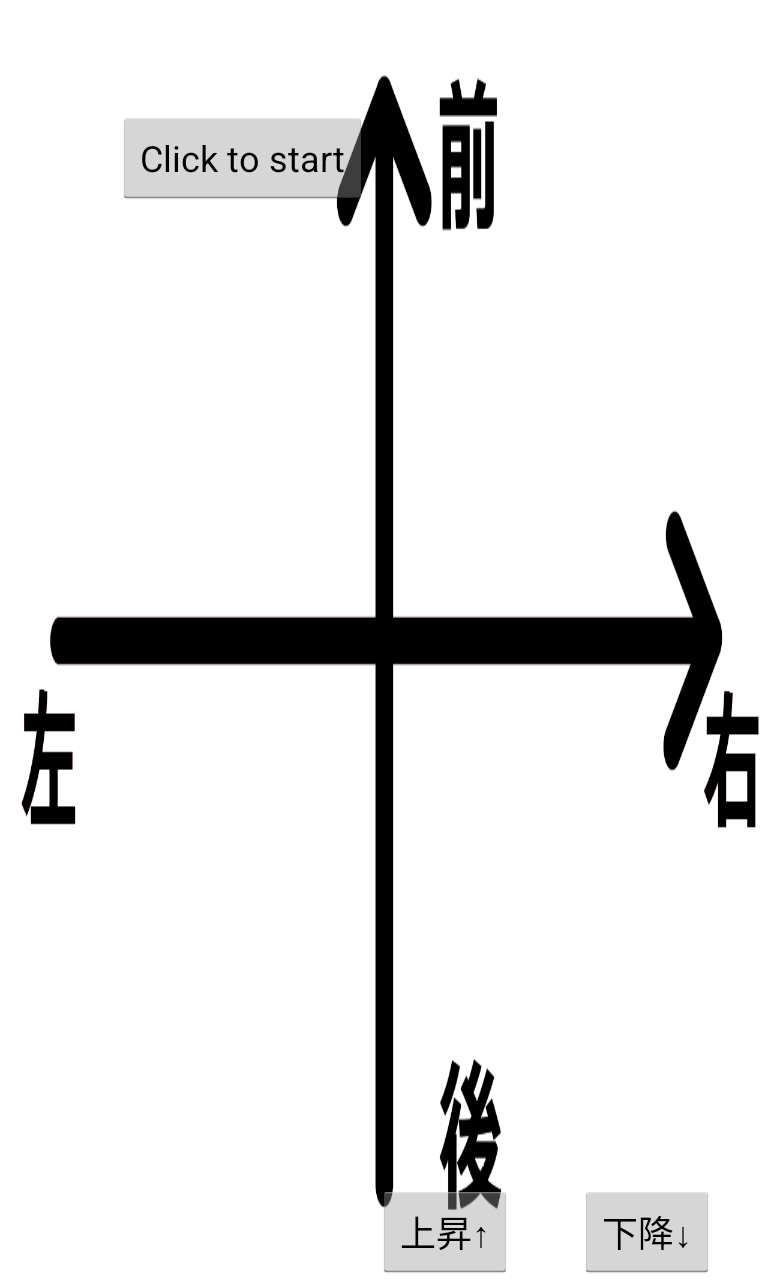
Repository: uinchester/sotuken
Layout: workspace/getCoordinate/res/layout/activity_main.xml
These files come from the project's save history. The layout is drawn as it stood at one moment and after the next save; the edit follows.
It is drawn on a 768 x 1280 px phone screen (xhdpi) without system bars, with theme AppTheme; the app's code is not run.

Above is the layout before, as saved 2013-10-01 09:17:05.

After the next save:
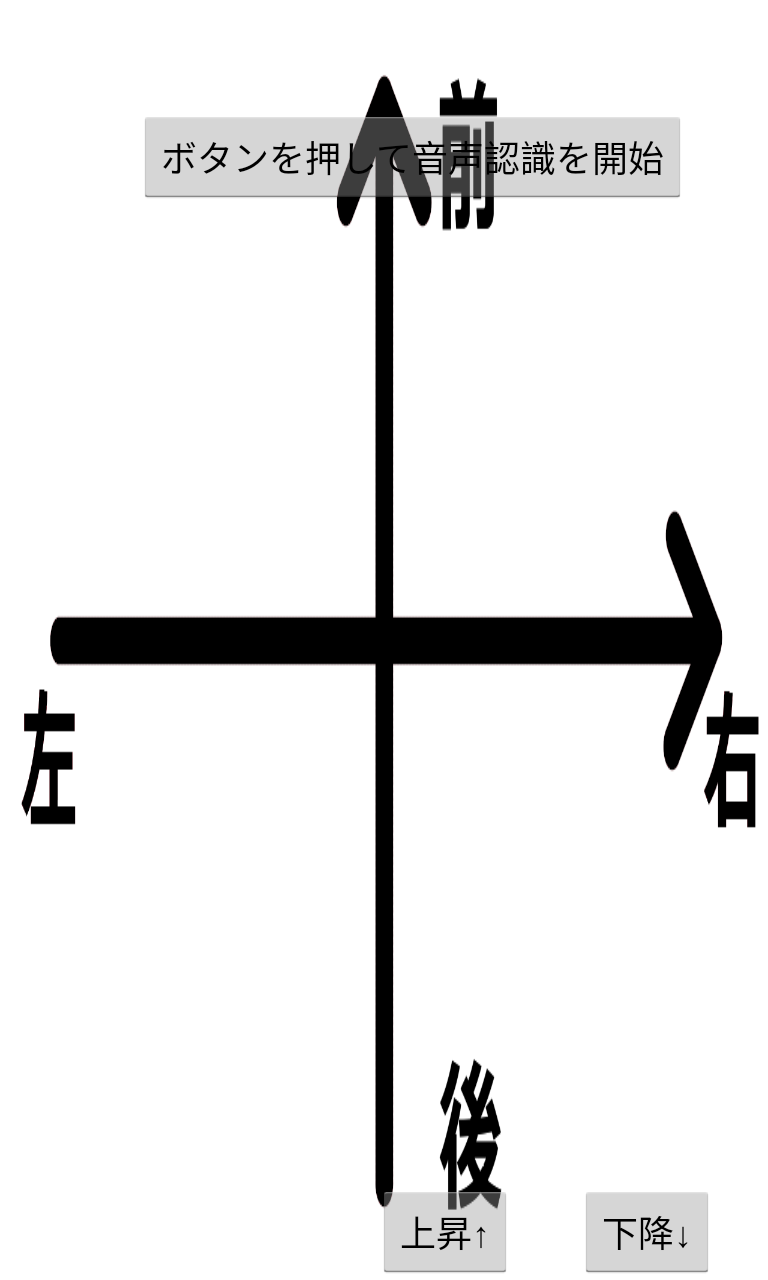
Saved 2 min 12 s later.
--- a/workspace/getCoordinate/res/layout/activity_main.xml
+++ b/workspace/getCoordinate/res/layout/activity_main.xml
@@ -49,8 +49,8 @@
         android:layout_height="wrap_content"
         android:layout_alignBaseline="@+id/text"
         android:layout_alignBottom="@+id/text"
-        android:layout_alignParentLeft="true"
-        android:layout_marginLeft="58dp"
-        android:text="Click to start" />
+        android:layout_alignRight="@+id/button2"
+        android:layout_marginRight="14dp"
+        android:text="ボタンを押して音声認識を開始" />
 
 </RelativeLayout>
